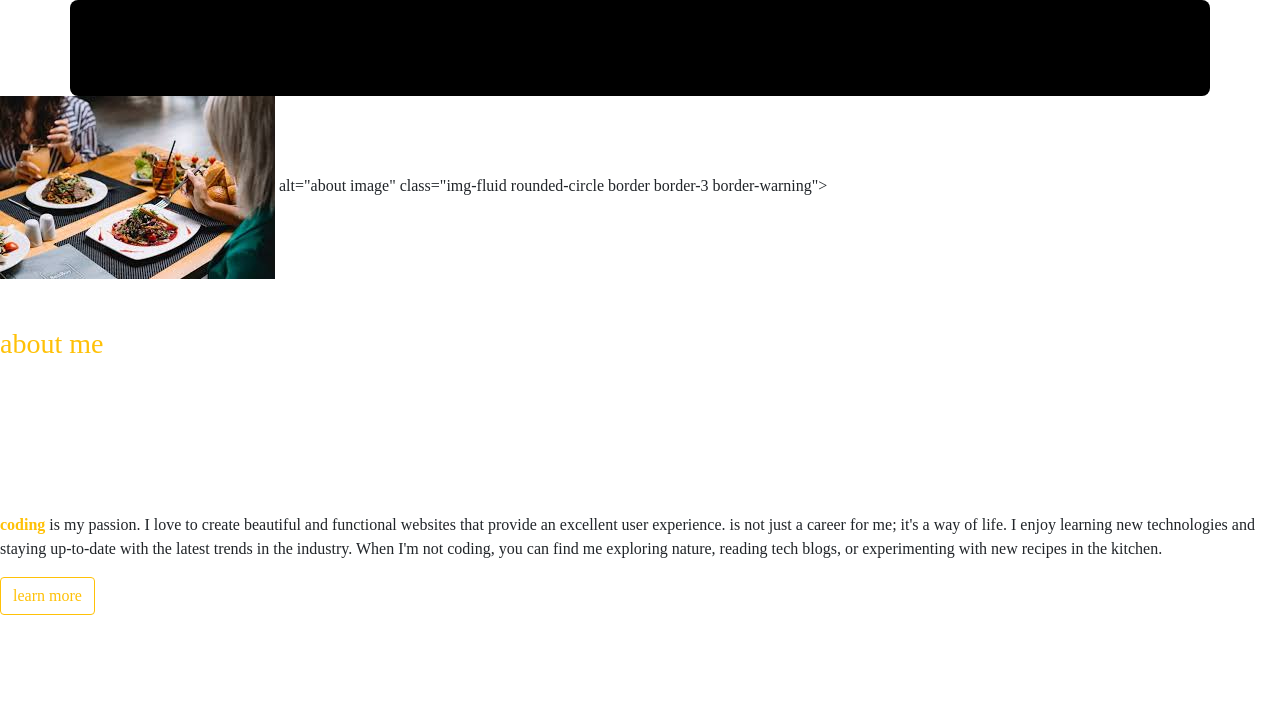
Repository: abeera518/part-2
Page: about.html
The author's editor kept a copy of each file at every save. The page is drawn from the files as they stood at one save, then again after the next save.
The browser window is 1280 px wide. The pictures show the whole page.

Above is the page before, as saved 2025-11-20 23:20:39.

### about.html
<html lang="en">

<head>
    <meta charset="UTF-8">
    <meta name="viewport" content="width=device-width, initial-scale=1.0">
    <link href="https://cdn.jsdelivr.net/npm/bootstrap@5.0.2/dist/css/bootstrap.min.css" rel="stylesheet"
        integrity="sha384-EVSTQN3/azprG1Anm3QDgpJLIm9Nao0Yz1ztcQTwFspd3yD65VohhpuuCOmLASjC" crossorigin="anonymous">
    <link rel="stylesheet" href="style.css">
    <title>Document</title>
</head>

<body>
    <div id="about" class="container about p-5"></div>
    <div class="row"></div>
    <div class="col-6"></div>
    <img src=download.jpg> alt="about image" class="img-fluid rounded-circle border border-3 border-warning">
    <div class="col-6 pt-5 pl-5 pb-5 text-white">
        <h3 class="text-warning">about me</h3>
        <h1 class="m-heading">a little bit about me</h1>
    </div>
    <p>
        <b class="text-warning"> </b> <b class="text-warning"></b>
    </p>
    <br />
    <p>
        <b class="text-warning">coding</b> is my passion. I love to create beautiful and functional websites that
        provide an excellent user experience.<b class="text-warning"></b> is not just a career for me; it's a way of
        life. I enjoy learning new technologies and staying up-to-date with the latest trends in the industry. When I'm
        not coding, you can find me exploring nature, reading tech blogs, or experimenting with new recipes in the
        kitchen.
    </p>
    <button class="btn btn-outline-warning">learn more</button>
</body>

</html>

### style.css
html {
    scroll-behavior: smooth;
}

body {
    background-color: black(9, 83, 148);
    font-family: "Baloo Tamma 2", cursive;
}

.m-heading {
    font-family: "Roboto slab", serif;
}

.text-white {
    color: rgb(218, 23, 23);
}

.main-container {
    height: 100vh;
    display: flex;
    justify-content: center;
    align-items: center;
    flex-direction: column;
    background-image: url(download.jpg);
    background-repeat: no-repeat;
    background-size: cover;
    background-attachment: fixed;
}

.main row {
    display: flex;
    justify-content:
        center;
    align-items: center;
}

.main row h1 {
    font-size: 5rem
}

.main_row img {
    width: auto;
    height: 100vh;
}

.about {
    background: black;
    border-radius: 0.5rem;
}

.card {
    border-bottom: 8px solid
}

After the next save:
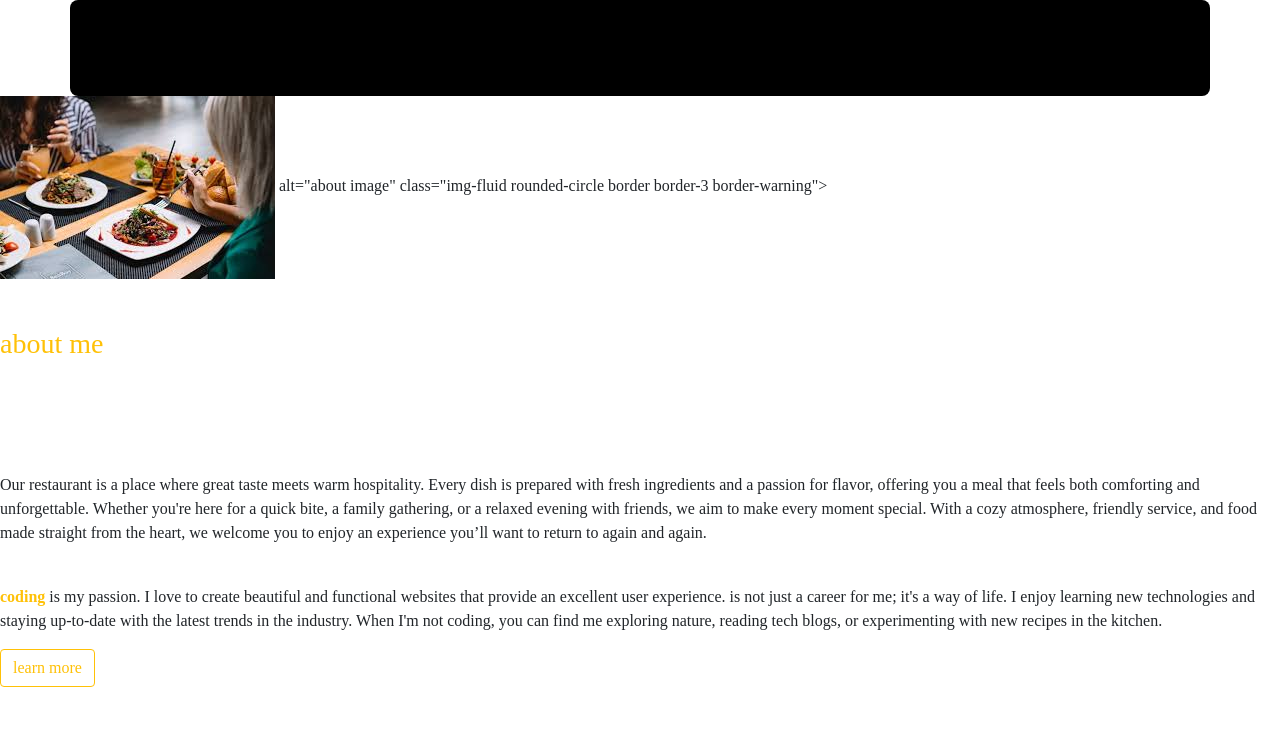
Saved 3 min 20 s later.
--- a/about.html
+++ b/about.html
@@ -19,7 +19,11 @@
         <h1 class="m-heading">a little bit about me</h1>
     </div>
     <p>
-        <b class="text-warning"> </b> <b class="text-warning"></b>
+        <b class="text-warning"> </b>Our restaurant is a place where great taste meets warm hospitality. Every dish is prepared with fresh ingredients and a
+        passion for flavor, offering you a meal that feels both comforting and unforgettable. Whether you're here for a quick
+        bite, a family gathering, or a relaxed evening with friends, we aim to make every moment special. With a cozy
+        atmosphere, friendly service, and food made straight from the heart, we welcome you to enjoy an experience you’ll want
+        to return to again and again. <b class="text-warning"></b>
     </p>
     <br />
     <p>
